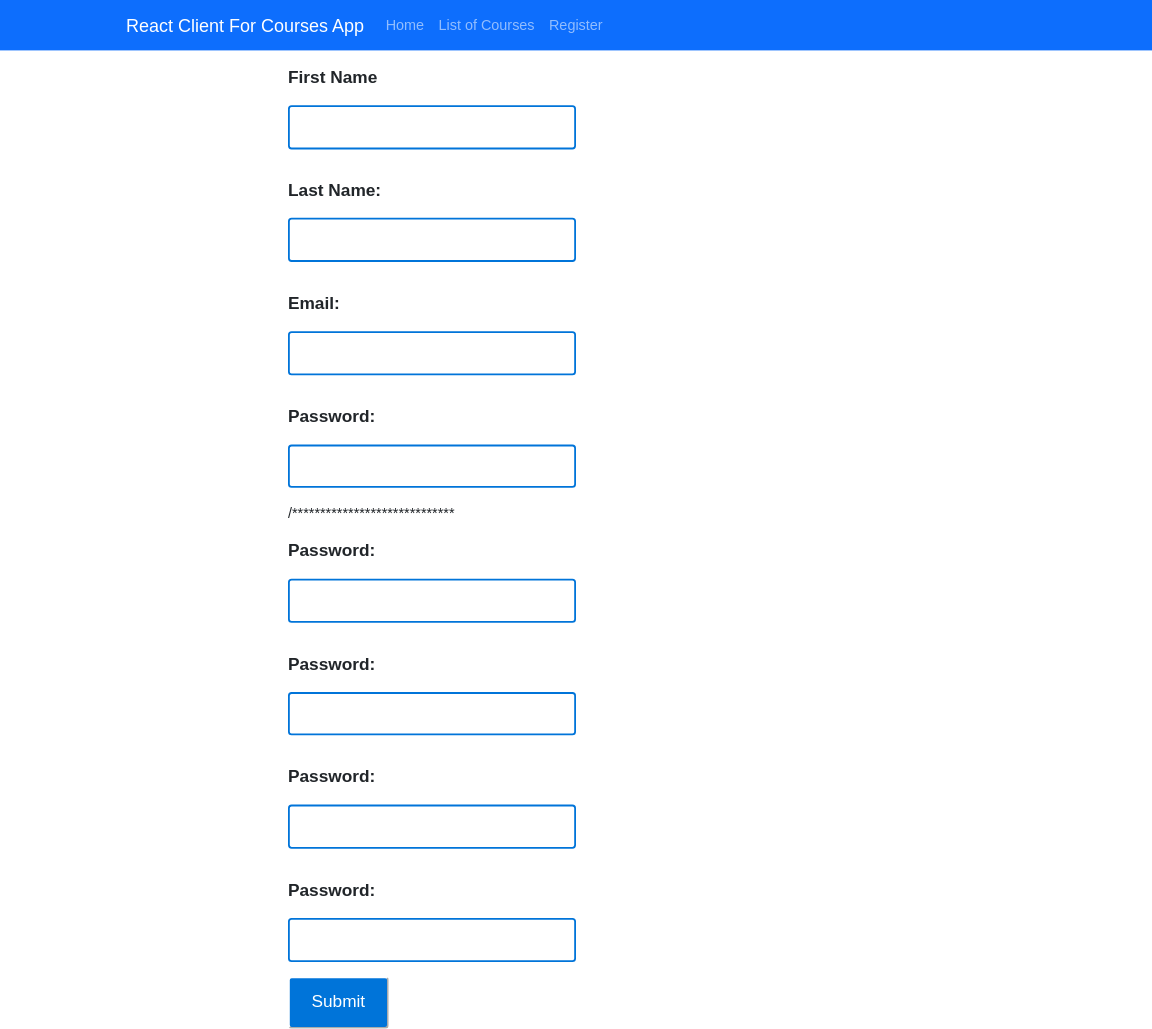
Repository: jmmunoz14/EmergingTech-GroupProject
Page: /register (app in frontend/)
An editor plug-in stored every save of this project. The page is shown before and after the next save, followed by the edit.
The browser window is 1280 px wide. The pictures show the whole page, at 90% of full size.
The project was rebuilt for these pictures with package versions that can differ from the ones it lists, and the page was loaded fresh each time. Also part of the build but not shown: frontend/src/components/Home.js, frontend/src/components/CourseList.js, frontend/src/components/NewCourseForm.js, frontend/src/components/EditCourse.js.

Above is the page before, as saved 2023-04-19 00:44:20.

After the next save:
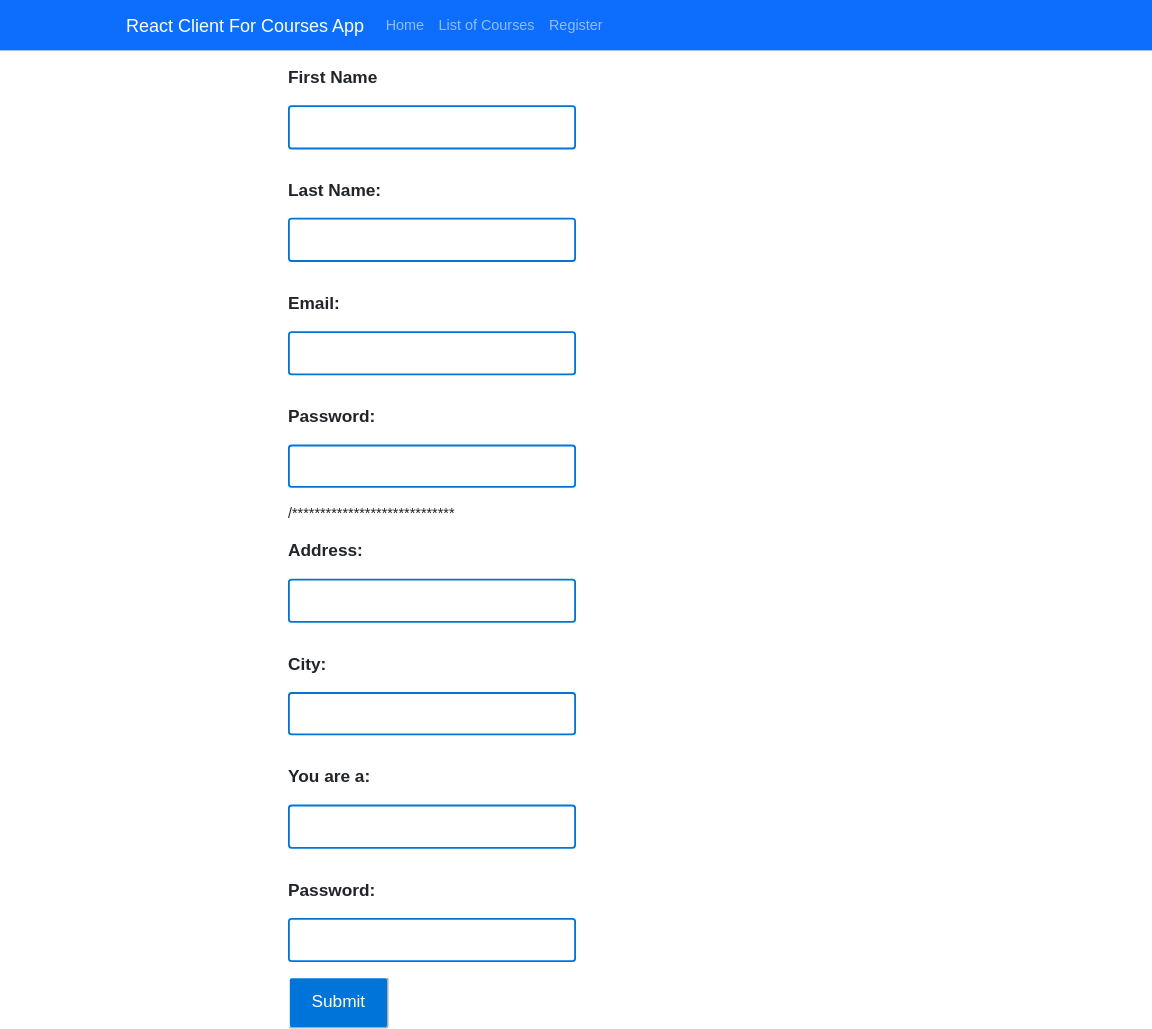
Saved 97 s later.
--- a/frontend/src/components/Register.js
+++ b/frontend/src/components/Register.js
@@ -98,39 +98,39 @@
       </div>
       /*****************************
       <div className="input-container">
-        <label className="form-label" htmlFor="password">
-          Password:
+        <label className="form-label" htmlFor="address">
+          Address:
         </label>
         <input
           className="form-input"
           type="text"
-          id="password"
-          value={password}
-          onChange={(e) => setPassword(e.target.value)}
+          id="address"
+          value={address}
+          onChange={(e) => setAddress(e.target.value)}
         />
       </div>
       <div className="input-container">
-        <label className="form-label" htmlFor="password">
-          Password:
+        <label className="form-label" htmlFor="city">
+          City:
         </label>
         <input
           className="form-input"
           type="text"
-          id="password"
-          value={password}
-          onChange={(e) => setPassword(e.target.value)}
+          id="city"
+          value={city}
+          onChange={(e) => setCity(e.target.value)}
         />
       </div>
       <div className="input-container">
-        <label className="form-label" htmlFor="password">
-          Password:
+        <label className="form-label" htmlFor="usertype">
+          You are a:
         </label>
         <input
           className="form-input"
           type="text"
-          id="password"
-          value={password}
-          onChange={(e) => setPassword(e.target.value)}
+          id="usertype"
+          value={usertype}
+          onChange={(e) => setUsertype(e.target.value)}
         />
       </div>
       <div className="input-container">
